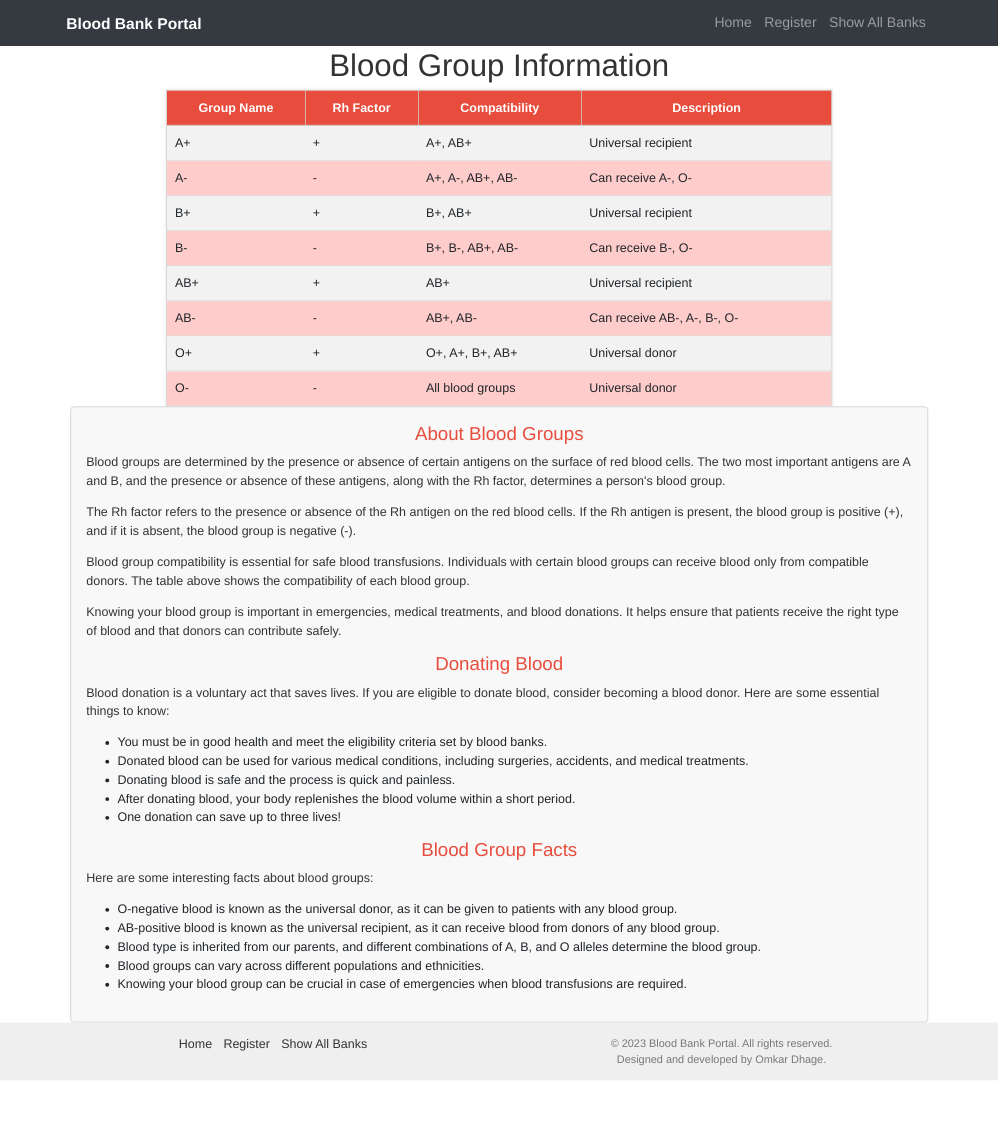
Repository: omi4535/Decentralized_Blood_Bank_System
Page: http://localhost/blood_bank_system/blood_groups_info.jsp
The author's editor kept a copy of each file at every save. The page is drawn from the files as they stood at one save, then again after the next save.
The browser window is 1280 px wide. The pictures show the whole page, at 78% of full size.
Some web libraries are served in a nearby version. The page is served by Tomcat 9.

Above is the page before, as saved 2023-07-04 19:57:17.

After the next save:
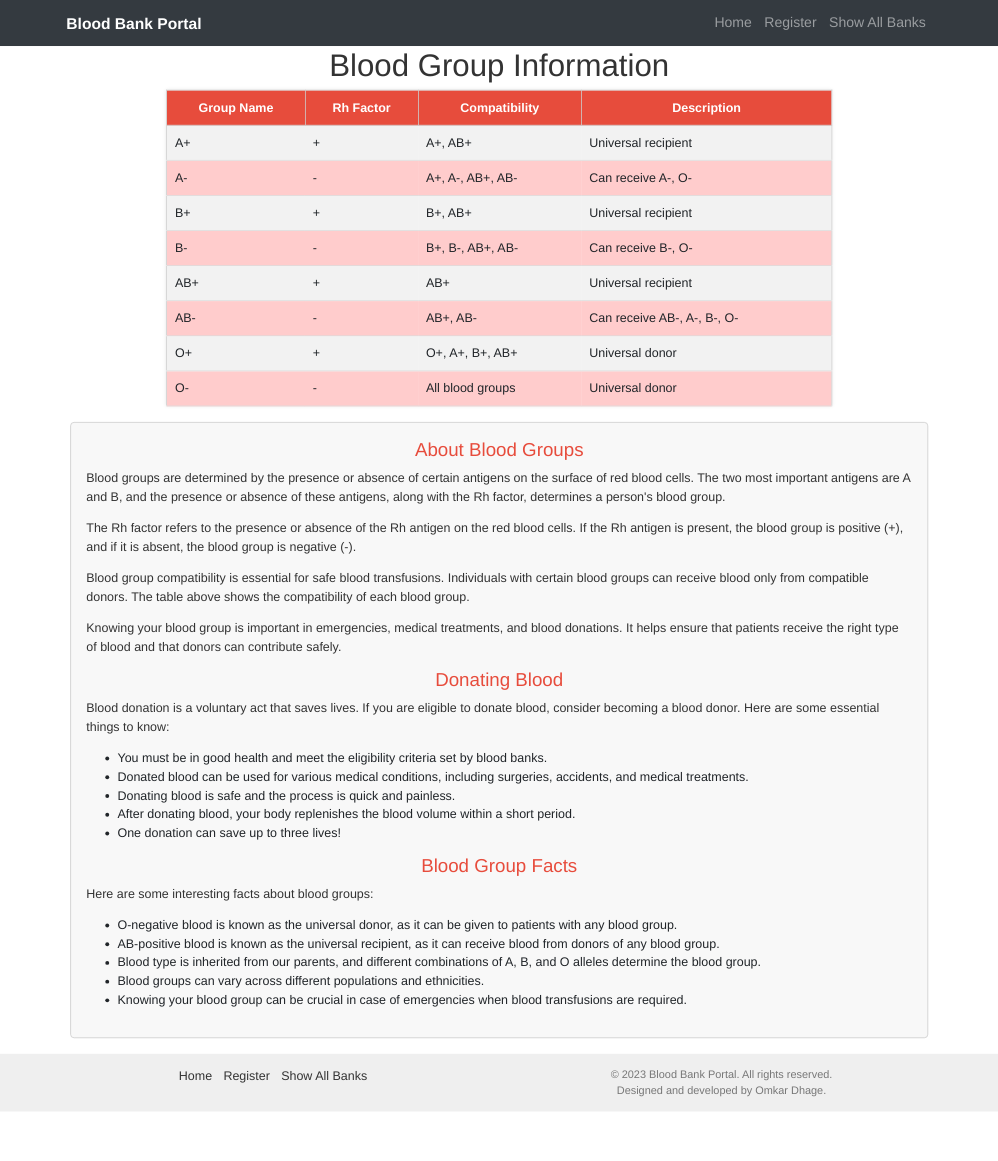
Saved 51 s later.
--- a/blood bank system/src/main/webapp/blood_groups_info.jsp
+++ b/blood bank system/src/main/webapp/blood_groups_info.jsp
@@ -89,7 +89,7 @@ tr:hover {
 
 .info-container {
 	width: 86%;
-	margin: 0 auto;
+	margin: 20px auto;
 
 	background-color: #F8F8F8;
 	padding: 20px;
